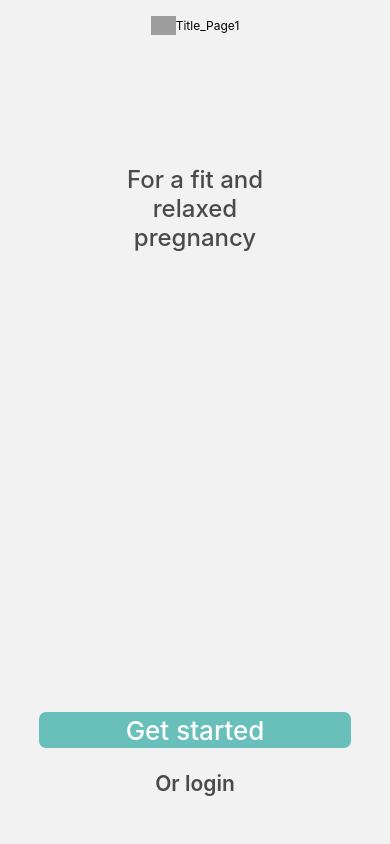
Repository: pheonixlegend/keleya
Screen: /Sign Up
An editor plug-in stored every save of this project. The screen is shown before and after the next save, followed by the edit.
Pictures or frames that could not be fetched are drawn as grey boxes. The app was drawn by React Native's web renderer in a window 390 px wide. The project was rebuilt for these pictures with package versions that can differ from the ones it lists, and the page was loaded fresh each time.

Above is the screen before, as saved 2021-09-30 15:31:46.

After the next save:
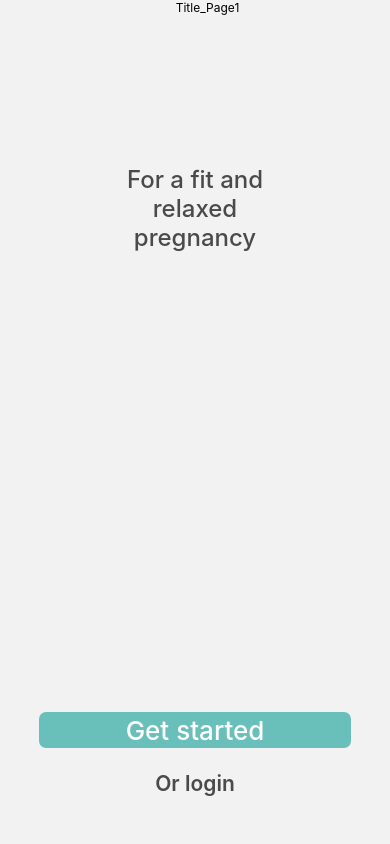
Saved 36 s later.
--- a/components/ImageHeader.tsx
+++ b/components/ImageHeader.tsx
@@ -28,7 +28,7 @@ const styles = StyleSheet.create({
 
     image: {
         width: 25,
-        height: 50,
+        height: undefined,
         zIndex: 999
     },
 
